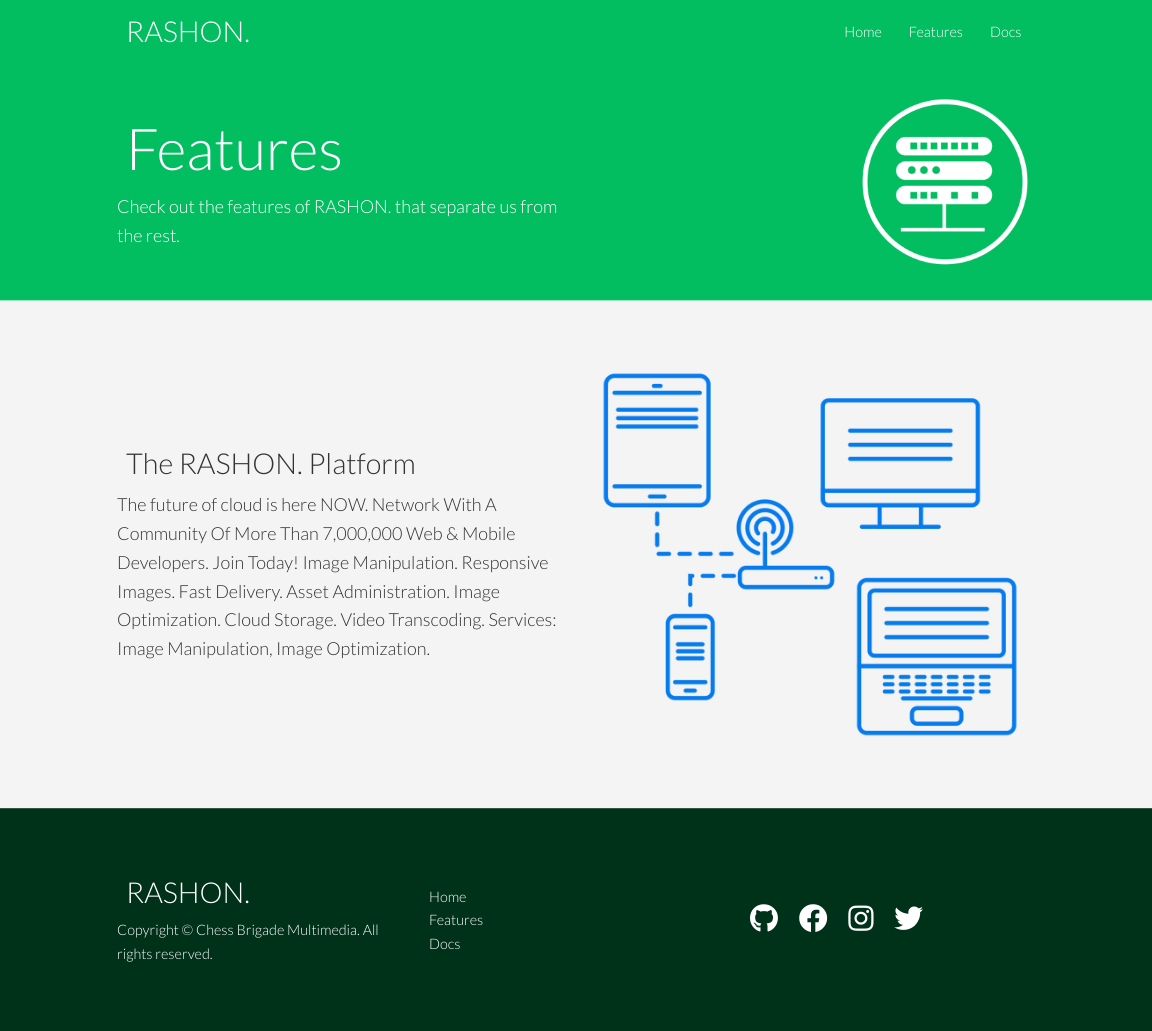
Repository: Skilis/website-modern
Page: features.html
The author's editor kept a copy of each file at every save. The page is drawn from the files as they stood at one save, then again after the next save.
The browser window is 1280 px wide. The pictures show the whole page, at 90% of full size.

Above is the page before, as saved 2020-10-23 17:13:29.

After the next save:
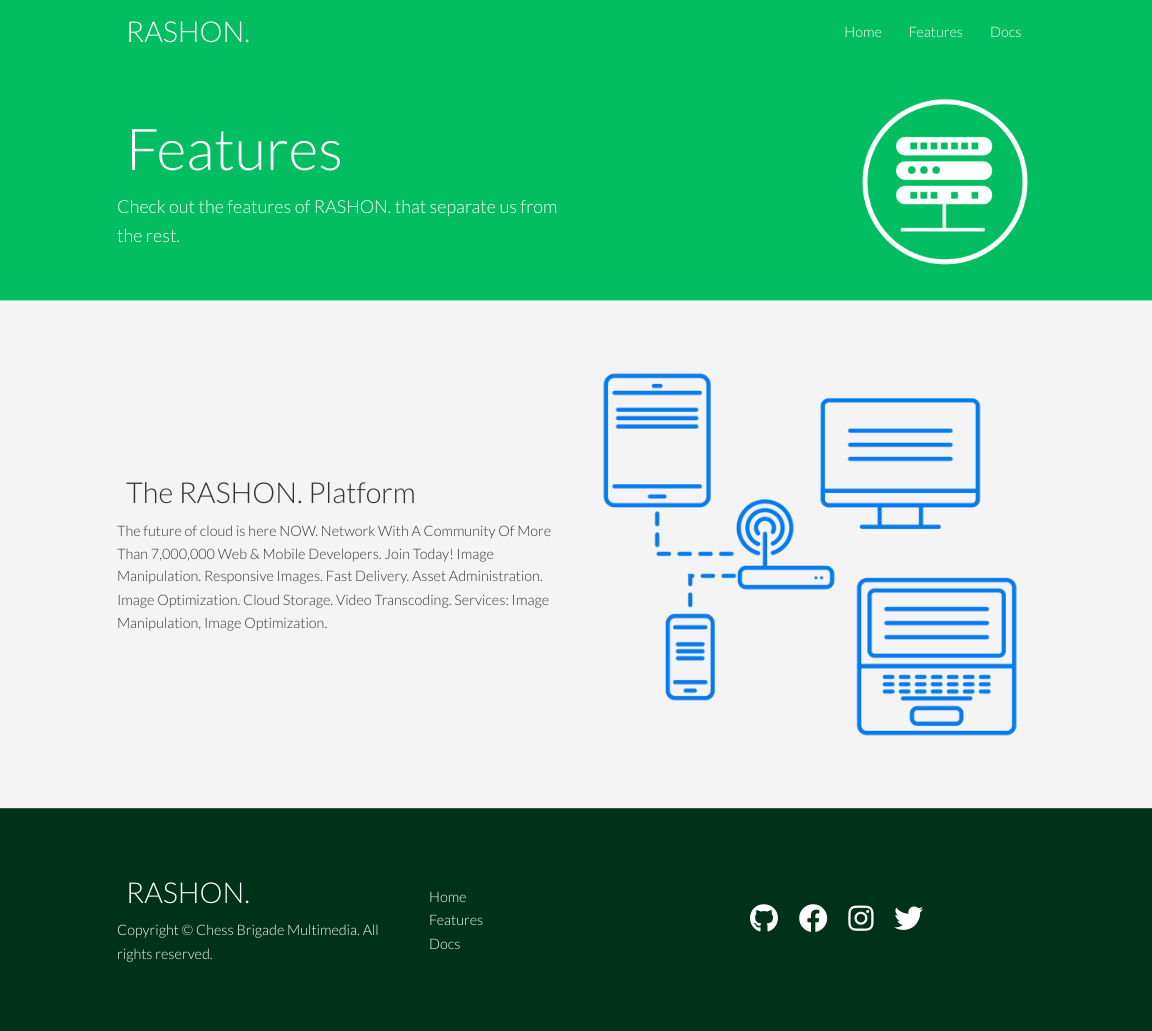
Saved 14 s later.
--- a/features.html
+++ b/features.html
@@ -46,7 +46,7 @@
     <div class="container grid">
       <div>
         <h1 class="md">The RASHON. Platform</h1>
-        <p class="lead">The future of cloud is here NOW. Network With A Community Of More Than 7,000,000 Web & Mobile
+        <p class="">The future of cloud is here NOW. Network With A Community Of More Than 7,000,000 Web & Mobile
           Developers. Join Today! Image Manipulation. Responsive Images. Fast Delivery. Asset Administration. Image
           Optimization. Cloud Storage. Video Transcoding. Services: Image Manipulation, Image Optimization.</p>
       </div>
